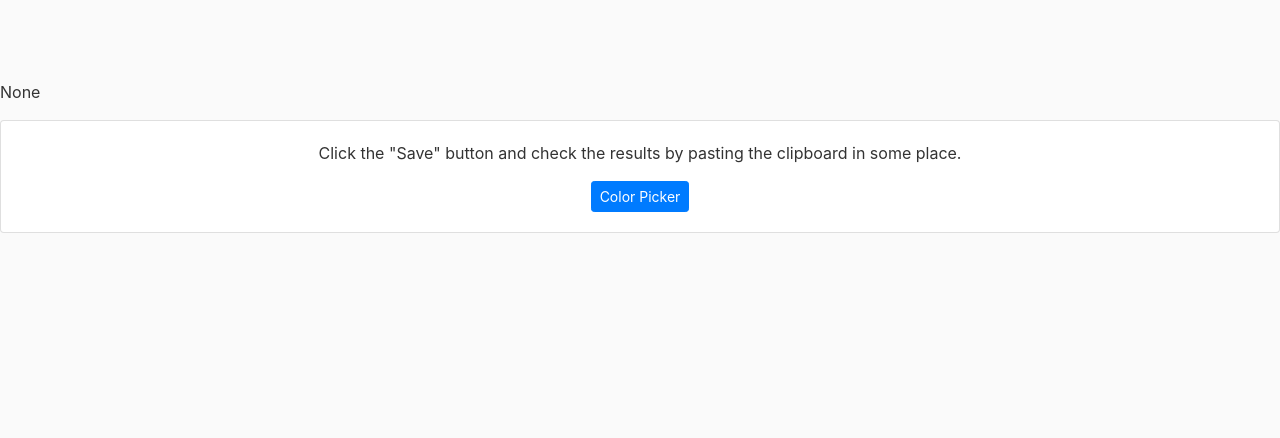
Repository: khanhdk0000/first_proj
Page: http://localhost/about
An editor plug-in stored every save of this project. The page is shown before and after the next save, followed by the edit.
The browser window is 1280 px wide. The pictures show the whole page.
Some web libraries are served in a nearby version. The page is served by the project's application, run on Flask 3 (flaskblog.py).

Above is the page before, as saved 2021-05-25 11:28:34.

After the next save:
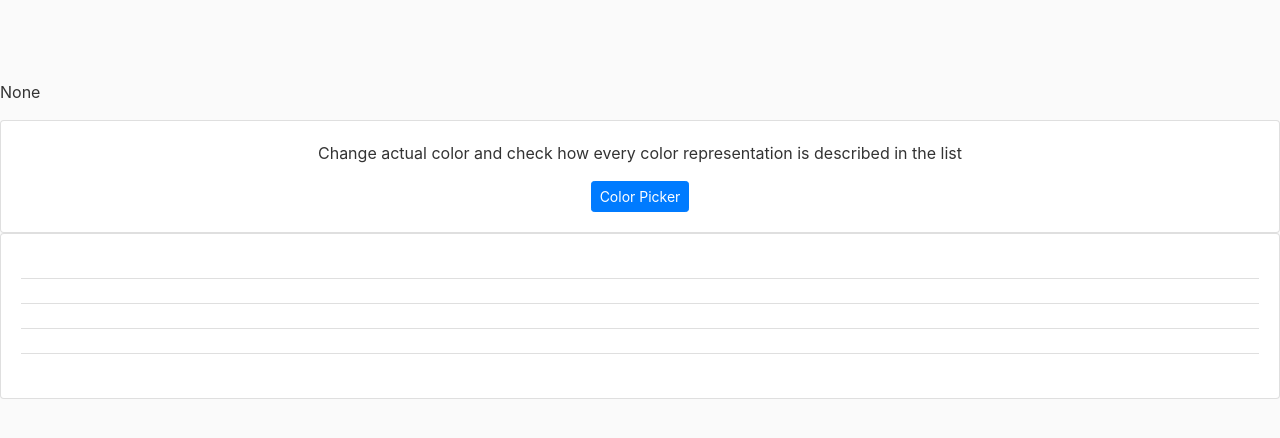
Saved 28 s later.
--- a/templates/about.html
+++ b/templates/about.html
@@ -2,8 +2,20 @@
 <p>{{ var}}</p>
 <div class="card">
     <div class="card-body text-center d-flex justify-content-center align-items-center flex-column">
-      <p>Click the "Save" button and check the results by pasting the clipboard in some place.</p>
-      <button id="color-picker-5" class="btn btn-primary btn-sm">Color Picker</button>
+      <p>Change actual color and check how every color representation is described in the list</p>
+      <button id="color-picker-6" class="btn btn-primary btn-sm">Color Picker</button>
+    </div>
+  </div>
+
+  <div class="card">
+    <div class="card-body text-center d-flex justify-content-center align-items-center flex-column">
+      <ul class="list-group list-group-flush w-100">
+        <li class="list-group-item" id="hex"></li>
+        <li class="list-group-item" id="rgba"></li>
+        <li class="list-group-item" id="hsla"></li>
+        <li class="list-group-item" id="hsva"></li>
+        <li class="list-group-item" id="cmyk"></li>
+      </ul>
     </div>
   </div>
 {% endblock content %}

After the save that followed:
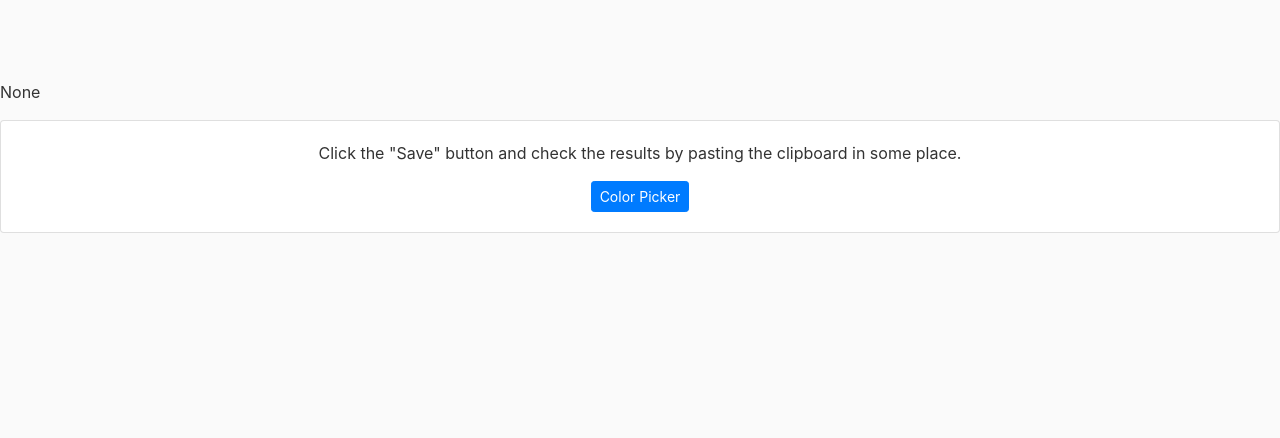
Saved 12 s later.
--- a/templates/about.html
+++ b/templates/about.html
@@ -2,20 +2,8 @@
 <p>{{ var}}</p>
 <div class="card">
     <div class="card-body text-center d-flex justify-content-center align-items-center flex-column">
-      <p>Change actual color and check how every color representation is described in the list</p>
-      <button id="color-picker-6" class="btn btn-primary btn-sm">Color Picker</button>
-    </div>
-  </div>
-
-  <div class="card">
-    <div class="card-body text-center d-flex justify-content-center align-items-center flex-column">
-      <ul class="list-group list-group-flush w-100">
-        <li class="list-group-item" id="hex"></li>
-        <li class="list-group-item" id="rgba"></li>
-        <li class="list-group-item" id="hsla"></li>
-        <li class="list-group-item" id="hsva"></li>
-        <li class="list-group-item" id="cmyk"></li>
-      </ul>
+      <p>Click the "Save" button and check the results by pasting the clipboard in some place.</p>
+      <button id="color-picker-5" class="btn btn-primary btn-sm">Color Picker</button>
     </div>
   </div>
 {% endblock content %}
